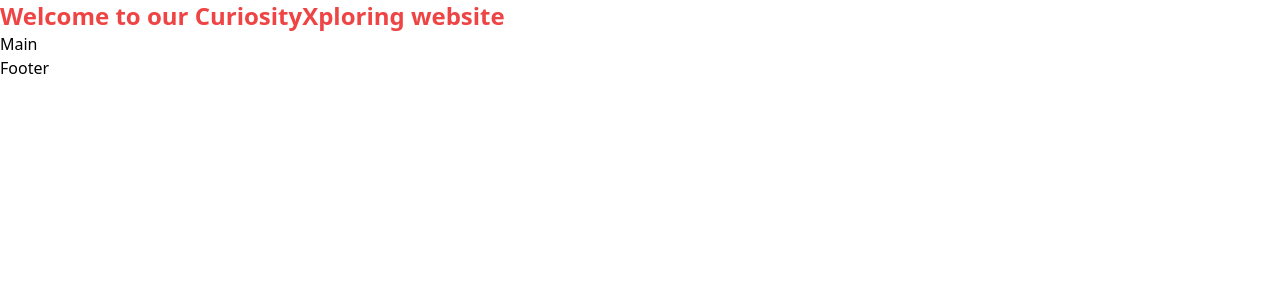
Repository: emorilebo/curiosityxploring-site
Page: /
These files come from the project's save history. The page is drawn as it stood at one moment and after a run of saves; the edit follows.
The browser window is 1280 px wide. The pictures show the whole page.
The project was rebuilt for these pictures with package versions that can differ from the ones it lists, and the page was loaded fresh each time. The framework's server and built-in components were replaced by stand-ins that run in the browser. Also part of the build but not shown: next.config.js, styles/Home.module.css.

Above is the page before, as saved 2022-12-11 14:53:22.

### pages/index.js
import Head from "next/head";
import Image from "next/image";
import Layout from "../components/Layout";
import styles from "../styles/Home.module.css";

export default function Home() {
  return (
    <div>
      <Head>
        <title>
          Curiosityxploring - Amazing global community of worldbest developer
        </title>
        <meta name="description" content="Generated by create next app" />
        <link rel="icon" href="/favicon.ico" />
      </Head>

      <Layout />
    </div>
  );
}

### components/Layout.jsx
import React from "react";

export default function Layout({children}) {
  return (
    <>
      <div>
        <header>
          <h1 className="text-red-500 font-bold text-2xl">
            Welcome to our CuriosityXploring website
          </h1>
        </header>
        <main>Main</main>

        <footer>Footer</footer>
      </div>
    </>
  );
}

### tailwind.config.js
/** @type {import('tailwindcss').Config} */
module.exports = {
  purge: ["./pages/**/*.{js,ts,jsx,tsx}", "./components/**/*.{js,ts,jsx,tsx}"],
  darkMode: false, // or 'media' or 'class'
  theme: {
    extend: {},
  },
  variants: {
    extend: {},
  },
  plugins: [],
};

Loaded but not shown: pages/_app.js (common file); styles/globals.css (common file)

After the next 3 saves:
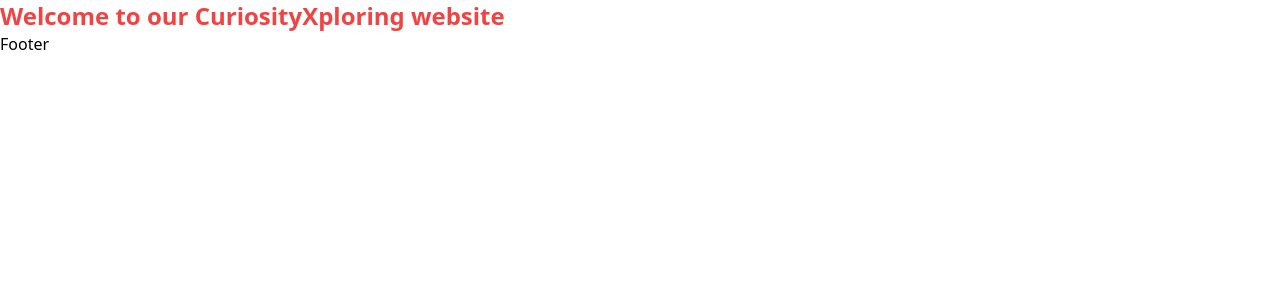
The 3 saves are shown as one change because they came seconds apart.
The last was saved 13 s later.
--- a/components/Layout.jsx
+++ b/components/Layout.jsx
@@ -1,6 +1,6 @@
 import React from "react";
 
-export default function Layout({children}) {
+export default function Layout({ children }) {
   return (
     <>
       <div>
@@ -9,7 +9,7 @@
             Welcome to our CuriosityXploring website
           </h1>
         </header>
-        <main>Main</main>
+        <main>{children}</main>
 
         <footer>Footer</footer>
       </div>
